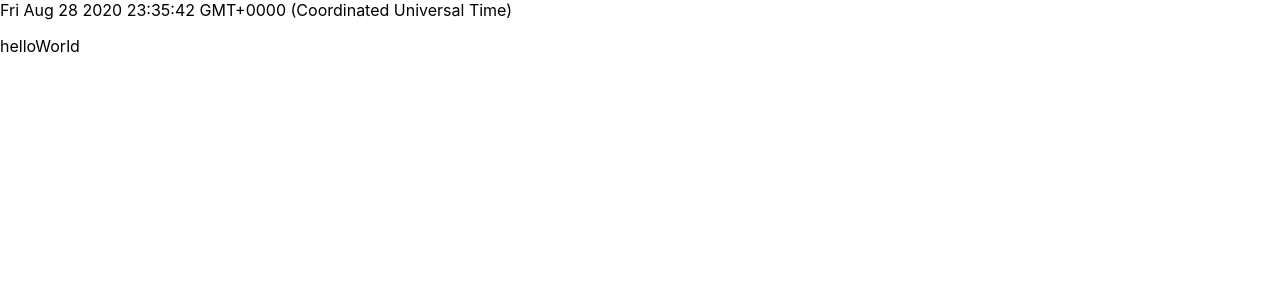
Repository: 2Lavine/fullstack
Page: / (app in part1/)
The author's editor kept a copy of each file at every save. The page is drawn from the files as they stood at one save, then again after the next save.
The browser window is 1280 px wide. The pictures show the whole page.
The project was rebuilt for these pictures with package versions that can differ from the ones it lists, and the page was loaded fresh each time.

Above is the page before, as saved 2020-08-29 09:03:40.

After the next save:
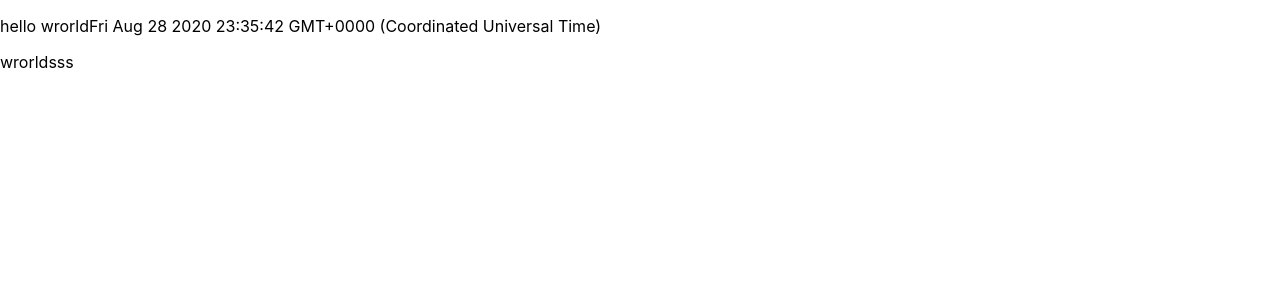
Saved 3 min 6 s later.
--- a/part1/src/index.js
+++ b/part1/src/index.js
@@ -5,11 +5,11 @@ import "./index.css";
 const App = () => {
   const date = new Date();
 
-  return (
-    <div>
-      <div>{date.toString()}</div>
-      <p>helloWorld</p>
-    </div>
+  return React.createElement(
+    "div",
+    null,
+    React.createElement("p", null, "hello wrorld", date.toString()),
+    React.createElement("div", null, "wrorld", "sss")
   );
 };
 ReactDOM.render(<App />, document.getElementById("root"));
